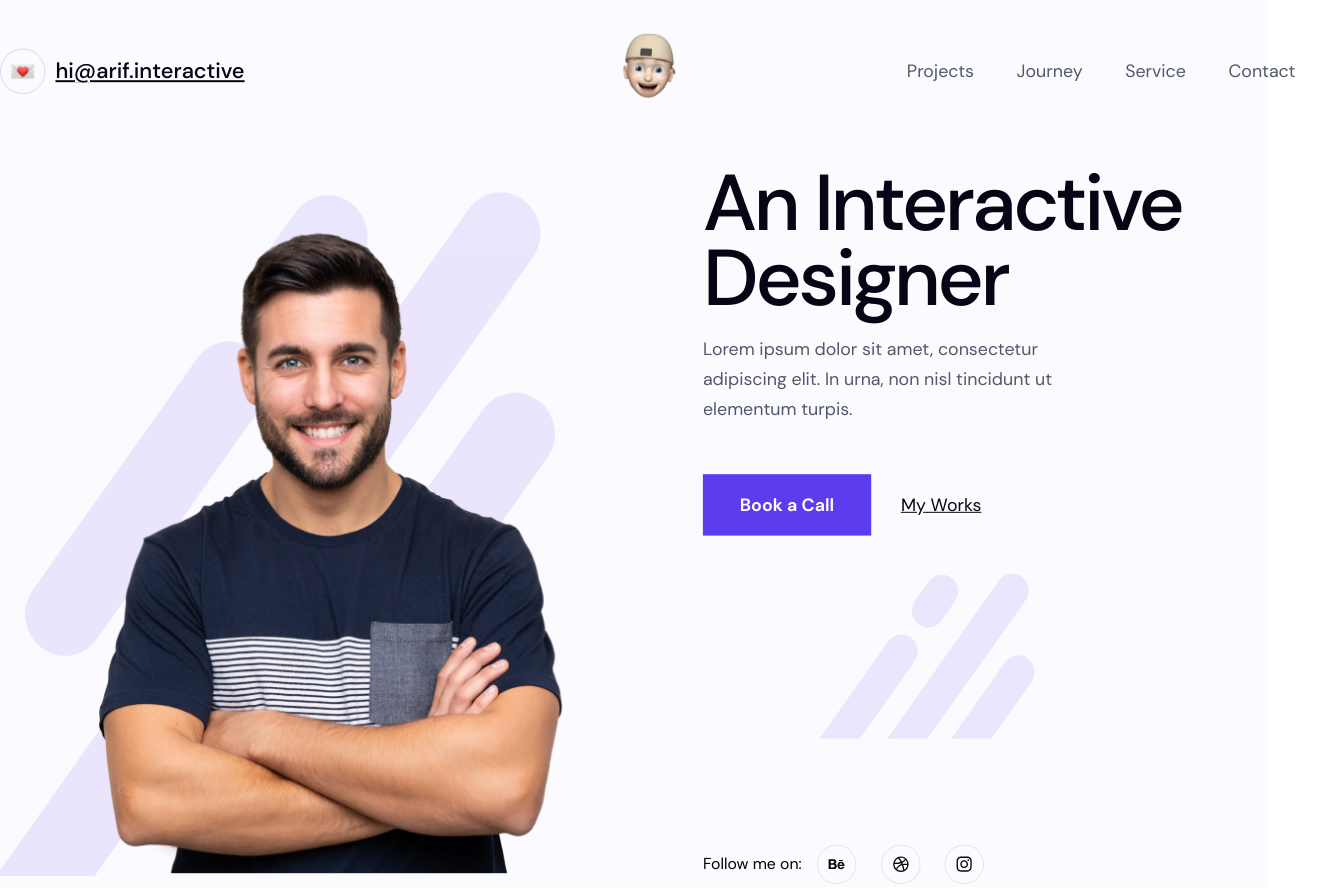
Repository: trantangtuan/project-06-grid-system12column-demo
Page: index.html
These files come from the project's save history. The page is drawn as it stood at one moment and after the next save; the edit follows.
The browser window is 1280 px wide. The page is 1330 px wide, so the pictures cover 1330 px, including what lies to the right of the window. The pictures show the whole page, at 99% of full size.

Above is the page before, as saved 2024-07-13 21:17:09.

### index.html
<!DOCTYPE html>
<html lang="en">
  <head>
    <meta charset="UTF-8" />
    <meta name="viewport" content="width=device-width, initial-scale=1.0" />
    <title>Project - 06 - use grid systerm 12 column</title>
    <!-- reset css -->
    <link rel="stylesheet" href="./assets/css/reset.css" />
    <!-- grid css -->
    <link rel="stylesheet" href="./assets/css/grid.css" />
    <!-- style css -->
    <link rel="stylesheet" href="./assets/css/style.css" />
    <!-- responsive css -->
    <link rel="stylesheet" href="./assets/css/responsive.css" />
    <!-- font DM sans -->
    <link rel="stylesheet" href="./assets/Font/stylesheet.css" />
  </head>
  <body>
    <!-- header -->
    <header class="header">
      <div class="nav">
        <div class="nav__mail">
          <div class="nav__mail-icon">
            <img
              class="nav__mail-img"
              src="./assets/img/mail-icon.png"
              alt="mail icon"
            />
          </div>
          <a
            href="mailto:nguyenvancuong0345723186@gmail.com"
            class="nav__mail-desc"
          >
            hi@arif.interactive
          </a>
        </div>
        <div class="logo">
          <img src="./assets/img/logo-boy.svg" alt="logo" class="logo-img" />
        </div>
        <ul class="navbar">
          <li>
            <a href="#!" class="navbar__item">Projects</a>
          </li>
          <li>
            <a href="#!" class="navbar__item">Journey</a>
          </li>
          <li>
            <a href="#!" class="navbar__item">Service</a>
          </li>
          <li>
            <a href="#!" class="navbar__item">Contact</a>
          </li>
        </ul>
      </div>
    </header>
    <!-- main -->
    <main class="main">
      <!-- hero -->
      <div class="hero">
        <div class="container">
          <div class="hero__left">
            <img
              class="group-rectangle__left"
              src="./assets/img/group-rectangle-left.svg"
              alt=""
            />
            <img
              src="./assets/img/hero-img.png"
              alt="image hero"
              class="hero__img"
            />
          </div>
          <div class="hero__right">
            <h1 class="hero__title">An Interactive Designer</h1>
            <p class="hero__desc">
              Lorem ipsum dolor sit amet, consectetur adipiscing elit. In urna,
              non nisl tincidunt ut elementum turpis.
            </p>
            <div class="hero__cta">
              <a href="#!" class="btn btn__book-call">Book a Call</a>
              <a href="#!" class="btn__my-detail">My Works</a>
            </div>
            <img
              class=".group-rectangle__right"
              src="./assets/img/group-rectangle-right.svg"
              alt=""
            />
            <div class="hero__social-network">
              <span class="social-network__desc">Follow me on:</span>
              <div class="social-network__group">
                <a href="#!">
                  <img
                    src="./assets/img/Goggle.svg"
                    alt="goggle"
                    class="social-network__icon"
                  />
                </a>
                <a href="#!">
                  <img
                    src="./assets/img/icon.svg"
                    alt="icon"
                    class="social-network__icon"
                  />
                </a>
                <a href="#!">
                  <img
                    src="./assets/img/Instagram.svg"
                    alt="instagram"
                    class="social-network__icon"
                  />
                </a>
              </div>
            </div>
          </div>
        </div>
      </div>
    </main>
  </body>
</html>

### assets/css/grid.css
.container,
.container-fluid {
  --spacer: 10px;
  --column-size: 12;
  width: 100%;
  margin-left: auto;
  margin-right: auto;
  padding-left: calc(var(--spacer) / 2);
  padding-right: calc(var(--spacer) / 2);
}

.row {
  display: flex;
  flex-wrap: wrap;

  margin: 0px calc(-1 * var(--spacer) / 2);
}

.gutter-0 {
  --spacer: 0;
}

[class*="offset-"] {
  margin-left: calc(100% / var(--column-size) * var(--offset-value));
}

.offset-1 {
  --offset-value: 1;
}

.offset-2 {
  --offset-value: 2;
}

.offset-3 {
  --offset-value: 3;
}

.offset-4 {
  --offset-value: 4;
}

.offset-5 {
  --offset-value: 5;
}

.offset-6 {
  --offset-value: 6;
}

.offset-7 {
  --offset-value: 7;
}

.offset-8 {
  --offset-value: 8;
}

.offset-9 {
  --offset-value: 9;
}

.offset-10 {
  --offset-value: 10;
}

.offset-11 {
  --offset-value: 11;
}

.col,
.row[class*="row-cols-"] > *,
.row > [class*="col-"] {
  padding-left: calc(var(--spacer) / 2);
  padding-right: calc(var(--spacer) / 2);
}

.row[class*="row-cols-"] > *,
.row > [class*="col-"] {
  flex: 0 0 auto;
}

.row[class*="row-cols-"] > * {
  width: calc(100% / var(--row-cols-number));
}

.row-cols-1 > * {
  --row-cols-number: 1;
}

.row-cols-2 > * {
  --row-cols-number: 2;
}

.row-cols-3 > * {
  --row-cols-number: 3;
}

.row-cols-4 > * {
  --row-cols-number: 4;
}

.row-cols-5 > * {
  --row-cols-number: 5;
}

.row-cols-6 > * {
  --row-cols-number: 6;
}

.row > [class*="col-"] {
  width: calc(100% / var(--column-size) * var(--column-number));
}

.col-1 {
  --column-number: 1;
}

.col-2 {
  --column-number: 2;
}

.col-3 {
  --column-number: 3;
}

.col-4 {
  --column-number: 4;
}

.col-5 {
  --column-number: 5;
}

.col-6 {
  --column-number: 6;
}

.col-7 {
  --column-number: 7;
}

.col-8 {
  --column-number: 8;
}

.col-9 {
  --column-number: 9;
}

.col-10 {
  --column-number: 10;
}

.col-11 {
  --column-number: 11;
}

.col-12 {
  --column-number: 12;
}

/* // Small devices (landscape phones, 576px and up) */
@media (min-width: 576px) {
  .container {
    --spacer: 20px;
    width: 540px;
  }

  .gutter-sm-0 {
    --spacer: 0;
  }

  .offset-sm-1 {
    --offset-value: 1;
  }

  .offset-sm-2 {
    --offset-value: 2;
  }

  .offset-sm-3 {
    --offset-value: 3;
  }

  .offset-sm-4 {
    --offset-value: 4;
  }

  .offset-sm-5 {
    --offset-value: 5;
  }

  .offset-sm-6 {
    --offset-value: 6;
  }

  .offset-sm-7 {
    --offset-value: 7;
  }

  .offset-sm-8 {
    --offset-value: 8;
  }

  .offset-sm-9 {
    --offset-value: 9;
  }

  .offset-sm-10 {
    --offset-value: 10;
  }

  .offset-sm-11 {
    --offset-value: 11;
  }

  .col-sm-1 {
    --column-number: 1;
  }

  .col-sm-2 {
    --column-number: 2;
  }

  .col-sm-3 {
    --column-number: 3;
  }

  .col-sm-4 {
    --column-number: 4;
  }

  .col-sm-5 {
    --column-number: 5;
  }

  .col-sm-6 {
    --column-number: 6;
  }

  .col-sm-7 {
    --column-number: 7;
  }

  .col-sm-8 {
    --column-number: 8;
  }

  .col-sm-9 {
    --column-number: 9;
  }

  .col-sm-10 {
    --column-number: 10;
  }

  .col-sm-11 {
    --column-number: 11;
  }

  .col-sm-12 {
    --column-number: 12;
  }

  .row-cols-sm-1 > * {
    --row-cols-number: 1;
  }

  .row-cols-sm-2 > * {
    --row-cols-number: 2;
  }

  .row-cols-sm-3 > * {
    --row-cols-number: 3;
  }

  .row-cols-sm-4 > * {
    --row-cols-number: 4;
  }

  .row-cols-sm-5 > * {
    --row-cols-number: 5;
  }

  .row-cols-sm-6 > * {
    --row-cols-number: 6;
  }
}

/* // Medium devices (tablets, 768px and up) */
@media (min-width: 768px) {
  .container {
    width: 720px;
  }

  .gutter-md-0 {
    --spacer: 0;
  }

  .offset-md-1 {
    --offset-value: 1;
  }

  .offset-md-2 {
    --offset-value: 2;
  }

  .offset-md-3 {
    --offset-value: 3;
  }

  .offset-md-4 {
    --offset-value: 4;
  }

  .offset-md-5 {
    --offset-value: 5;
  }

  .offset-md-6 {
    --offset-value: 6;
  }

  .offset-md-7 {
    --offset-value: 7;
  }

  .offset-md-8 {
    --offset-value: 8;
  }

  .offset-md-9 {
    --offset-value: 9;
  }

  .offset-md-10 {
    --offset-value: 10;
  }

  .offset-md-11 {
    --offset-value: 11;
  }

  .col-md-1 {
    --column-number: 1;
  }

  .col-md-2 {
    --column-number: 2;
  }

  .col-md-3 {
    --column-number: 3;
  }

  .col-md-4 {
    --column-number: 4;
  }

  .col-md-5 {
    --column-number: 5;
  }

  .col-md-6 {
    --column-number: 6;
  }

  .col-md-7 {
    --column-number: 7;
  }

  .col-md-8 {
    --column-number: 8;
  }

  .col-md-9 {
    --column-number: 9;
  }

  .col-md-10 {
    --column-number: 10;
  }

  .col-md-11 {
    --column-number: 11;
  }

  .col-md-12 {
    --column-number: 12;
  }

  .row-cols-md-1 > * {
    --row-cols-number: 1;
  }

  .row-cols-md-2 > * {
    --row-cols-number: 2;
  }

  .row-cols-md-3 > * {
    --row-cols-number: 3;
  }

  .row-cols-md-4 > * {
    --row-cols-number: 4;
  }

  .row-cols-md-5 > * {
    --row-cols-number: 5;
  }

  .row-cols-md-6 > * {
    --row-cols-number: 6;
  }
}

/* // Large devices (desktops, 992px and up) */
@media (min-width: 992px) {
  .container {
    width: 960px;
    --spacer: 30px;
  }

  .gutter-lg-0 {
    --spacer: 0;
  }

  .offset-lg-1 {
    --offset-value: 1;
  }

  .offset-lg-2 {
    --offset-value: 2;
  }

  .offset-lg-3 {
    --offset-value: 3;
  }

  .offset-lg-4 {
    --offset-value: 4;
  }

  .offset-lg-5 {
    --offset-value: 5;
  }

  .offset-lg-6 {
    --offset-value: 6;
  }

  .offset-lg-7 {
    --offset-value: 7;
  }

  .offset-lg-8 {
    --offset-value: 8;
  }

  .offset-lg-9 {
    --offset-value: 9;
  }

  .offset-lg-10 {
    --offset-value: 10;
  }

  .offset-lg-11 {
    --offset-value: 11;
  }

  .col-lg-1 {
    --column-number: 1;
  }

  .col-lg-2 {
    --column-number: 2;
  }

  .col-lg-3 {
    --column-number: 3;
  }

  .col-lg-4 {
    --column-number: 4;
  }

  .col-lg-5 {
    --column-number: 5;
  }

  .col-lg-6 {
    --column-number: 6;
  }

  .col-lg-7 {
    --column-number: 7;
  }

  .col-lg-8 {
    --column-number: 8;
  }

  .col-lg-9 {
    --column-number: 9;
  }

  .col-lg-10 {
    --column-number: 10;
  }

  .col-lg-11 {
    --column-number: 11;
  }

  .col-lg-12 {
    --column-number: 12;
  }

  .row-cols-lg-1 > * {
    --row-cols-number: 1;
  }

  .row-cols-lg-2 > * {
    --row-cols-number: 2;
  }

  .row-cols-lg-3 > * {
    --row-cols-number: 3;
  }

  .row-cols-lg-4 > * {
    --row-cols-number: 4;
  }

  .row-cols-lg-5 > * {
    --row-cols-number: 5;
  }

  .row-cols-lg-6 > * {
    --row-cols-number: 6;
  }
}

/* // X-Large devices (large desktops, 1200px and up) */
@media (min-width: 1200px) {
  .container {
    width: 1170px;
  }

  .gutter-xl-0 {
    --spacer: 0;
  }

  .offset-xl-1 {
    --offset-value: 1;
  }

  .offset-xl-2 {
    --offset-value: 2;
  }

  .offset-xl-3 {
    --offset-value: 3;
  }

  .offset-xl-4 {
    --offset-value: 4;
  }

  .offset-xl-5 {
    --offset-value: 5;
  }

  .offset-xl-6 {
    --offset-value: 6;
  }

  .offset-xl-7 {
    --offset-value: 7;
  }

  .offset-xl-8 {
    --offset-value: 8;
  }

  .offset-xl-9 {
    --offset-value: 9;
  }

  .offset-xl-10 {
    --offset-value: 10;
  }

  .offset-xl-11 {
    --offset-value: 11;
  }

  .col-xl-1 {
    --column-number: 1;
  }

  .col-xl-2 {
    --column-number: 2;
  }

  .col-xl-3 {
    --column-number: 3;
  }

  .col-xl-4 {
    --column-number: 4;
  }

  .col-xl-5 {
    --column-number: 5;
  }

  .col-xl-6 {
    --column-number: 6;
  }

  .col-xl-7 {
    --column-number: 7;
  }

  .col-xl-8 {
    --column-number: 8;
  }

  .col-xl-9 {
    --column-number: 9;
  }

  .col-xl-10 {
    --column-number: 10;
  }

  .col-xl-11 {
    --column-number: 11;
  }

  .col-xl-12 {
    --column-number: 12;
  }

  .row-cols-xl-1 > * {
    --row-cols-number: 1;
  }

  .row-cols-xl-2 > * {
    --row-cols-number: 2;
  }

  .row-cols-xl-3 > * {
    --row-cols-number: 3;
  }

  .row-cols-xl-4 > * {
    --row-cols-number: 4;
  }

  .row-cols-xl-5 > * {
    --row-cols-number: 5;
  }

  .row-cols-xl-6 > * {
    --row-cols-number: 6;
  }
}

### assets/css/style.css
:root {
  --primary-color: #5d3bee;
  --secondary-color: #51586a;
}

*,
::after,
::before {
  box-sizing: border-box;
}

html {
  font-size: 62.5%;
}

body {
  font-size: 1.6rem;
  font-family: "DM Sans", sans-serif;
}

.item {
  /* width: 33.3333%; */
  border: 1px dashed orange;
  flex: 1 0;
}

/* ======================common======================== */

a {
  text-decoration: none;
  color: var(--secondary-color);
  font-size: 1.8rem;
  font-style: normal;
  font-weight: 400;
}

.btn {
  display: inline-block;
  height: 62px;
  min-width: 170px;
  background-color: var(--primary-color);
  padding: 0px 8px;
  color: #fdfdfd;
  font-size: 1.8rem;
  font-style: normal;
  font-weight: 700;
  line-height: 62px;
  text-align: center;
}

/* ==========================header========================= */

.header {
  background-color: #fbfaff;
  padding-top: 20px;
  position: sticky;
  top: -20px;
  z-index: 999;
}

.nav {
  width: 1330px;
  margin: 0px auto;
  display: flex;
  align-items: center;
}

.nav__mail {
  display: flex;
  align-items: center;
  gap: 0 10px;
}

.nav__mail-icon {
  width: 46px;
  height: 46px;
  border-radius: 50%;
  border: 1px solid #dcd4fc;
  display: flex;
  align-items: center;
  justify-content: center;
}

.nav__mail-desc {
  color: #080415;
  font-size: 2.2rem;
  font-style: normal;
  font-weight: 500;
  line-height: 136.364%;
  text-decoration: underline;
}

.logo {
  margin-left: 357px;
}

.logo-img {
  height: 100px;
  width: 100px;
}

.navbar {
  margin-left: auto;
  display: flex;
  align-items: center;
}

.navbar__item {
  padding: 8px 21.5px;
}

/* ========================main================== */
/* hero */

.hero {
  padding-top: 44px;
  background-color: #fbfaff;
}

.hero > .container {
  position: relative;
  display: flex;
  align-items: center;
  z-index: 2;
}

.hero__left,
.hero__right {
  position: relative;
}

.group-rectangle__left {
  position: absolute;
  z-index: -1;
  bottom: 0;
  right: -170px;
}

.hero__img {
  width: 514px;
}

.hero__right {
  width: 500px;
  margin-left: auto;
}

.hero__title {
  color: #080415;
  font-size: 8rem;
  font-style: normal;
  font-weight: 500;
  line-height: 95%;
  letter-spacing: -3.2px;
}

.hero__desc {
  width: 370px;
  margin-top: 20px;
  color: #51586a;
  font-size: 1.8rem;
  font-style: normal;
  font-weight: 400;
  line-height: 166.667%;
}

.hero__cta {
  margin-top: 50px;
  display: flex;
  align-items: center;
  gap: 30px;
}

.btn__my-detail {
  background-color: transparent;
  color: #080415;
  text-decoration: underline;
}

.hero__social-network {
  margin-top: 104px;
  display: flex;
  /* align-items: center; */
}

.social-network__desc {
  line-height: 40px;
  margin-right: -5px;
}

.social-network__icon {
  width: 40px;
  height: 40px;
  margin-left: 20px;
}

.group-rectangle__right {
  position: absolute;
}

### assets/Font/stylesheet.css
@font-face {
    font-family: 'DM Sans';
    src: url('DMSans-Bold.woff2') format('woff2'),
        url('DMSans-Bold.woff') format('woff');
    font-weight: bold;
    font-style: normal;
    font-display: swap;
}

@font-face {
    font-family: 'DM Sans';
    src: url('DMSans-Italic.woff2') format('woff2'),
        url('DMSans-Italic.woff') format('woff');
    font-weight: normal;
    font-style: italic;
    font-display: swap;
}

@font-face {
    font-family: 'DM Sans';
    src: url('DMSans-BoldItalic.woff2') format('woff2'),
        url('DMSans-BoldItalic.woff') format('woff');
    font-weight: bold;
    font-style: italic;
    font-display: swap;
}

@font-face {
    font-family: 'DM Sans';
    src: url('DMSans-Medium.woff2') format('woff2'),
        url('DMSans-Medium.woff') format('woff');
    font-weight: 500;
    font-style: normal;
    font-display: swap;
}

@font-face {
    font-family: 'DM Sans';
    src: url('DMSans-MediumItalic.woff2') format('woff2'),
        url('DMSans-MediumItalic.woff') format('woff');
    font-weight: 500;
    font-style: italic;
    font-display: swap;
}

@font-face {
    font-family: 'DM Sans';
    src: url('DMSans-Regular.woff2') format('woff2'),
        url('DMSans-Regular.woff') format('woff');
    font-weight: normal;
    font-style: normal;
    font-display: swap;
}

Loaded but not shown: assets/css/reset.css (common file); assets/css/responsive.css (no stored copy; drawn as an empty file)

After the next save:
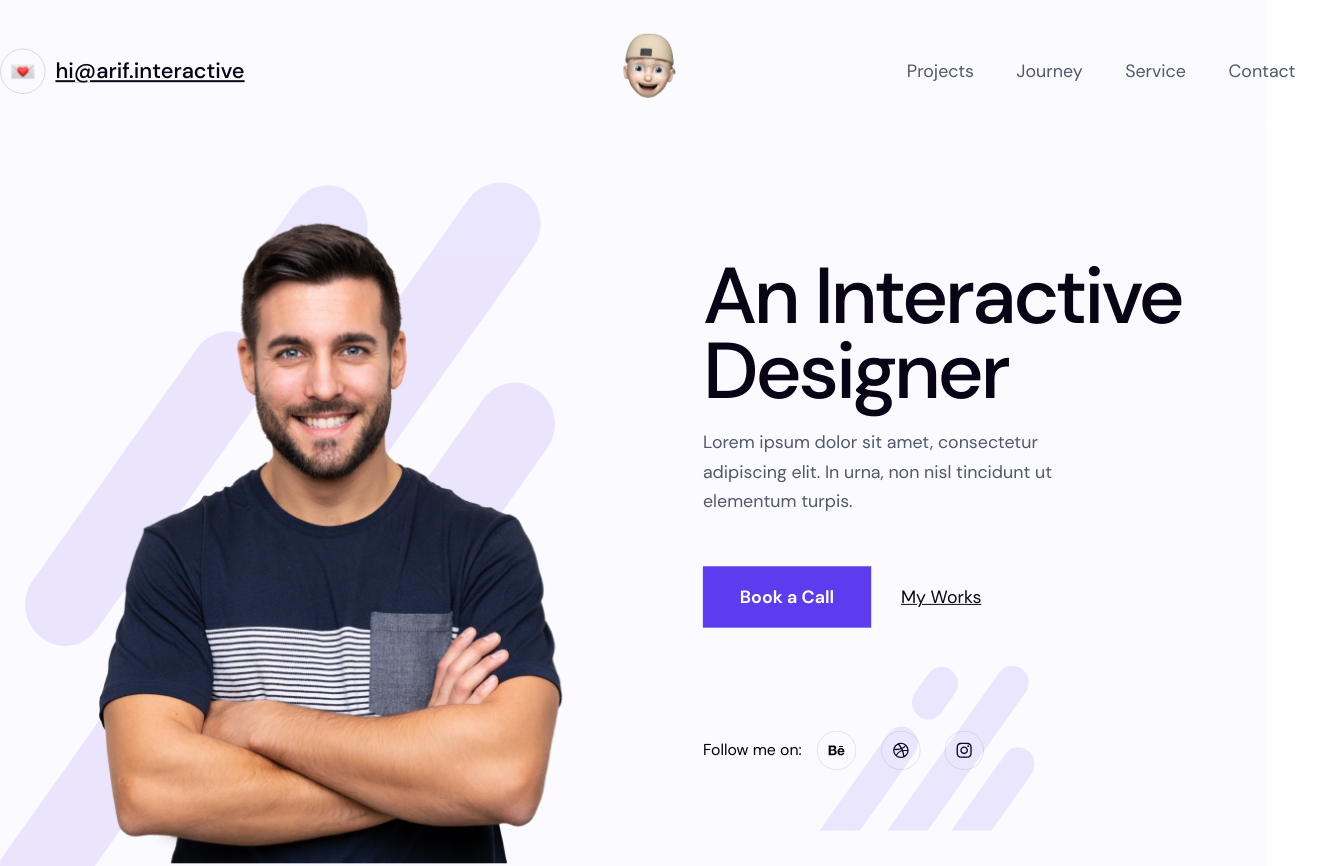
Saved 9 s later.
--- a/index.html
+++ b/index.html
@@ -81,7 +81,7 @@
               <a href="#!" class="btn__my-detail">My Works</a>
             </div>
             <img
-              class=".group-rectangle__right"
+              class="group-rectangle__right"
               src="./assets/img/group-rectangle-right.svg"
               alt=""
             />
